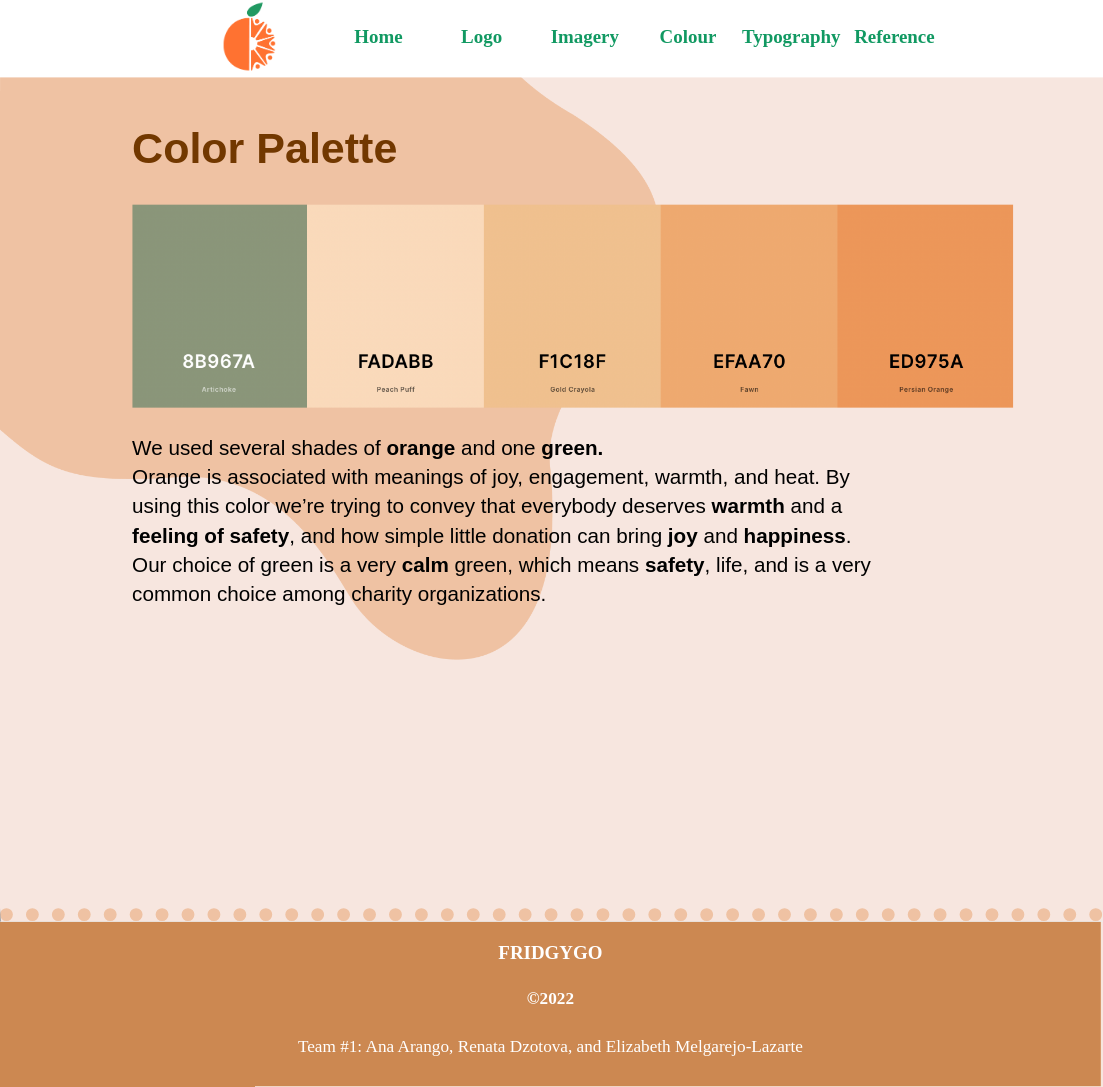
Repository: anagarango/fridgygostyle
Page: http://localhost/colour.php
The author's editor kept a copy of each file at every save. The page is drawn from the files as they stood at one save, then again after the next save.
The browser window is 1280 px wide. The page is 1282 px wide, so the pictures cover 1282 px, including what lies to the right of the window. The pictures show the whole page, at 86% of full size.
Some web fonts or font styles are not loaded; a fallback is used. The page is run by PHP 8.4 with error messages shown; the project is at /var/www/html/.

Above is the page before, as saved 2022-03-22 23:04:52.

After the next save:
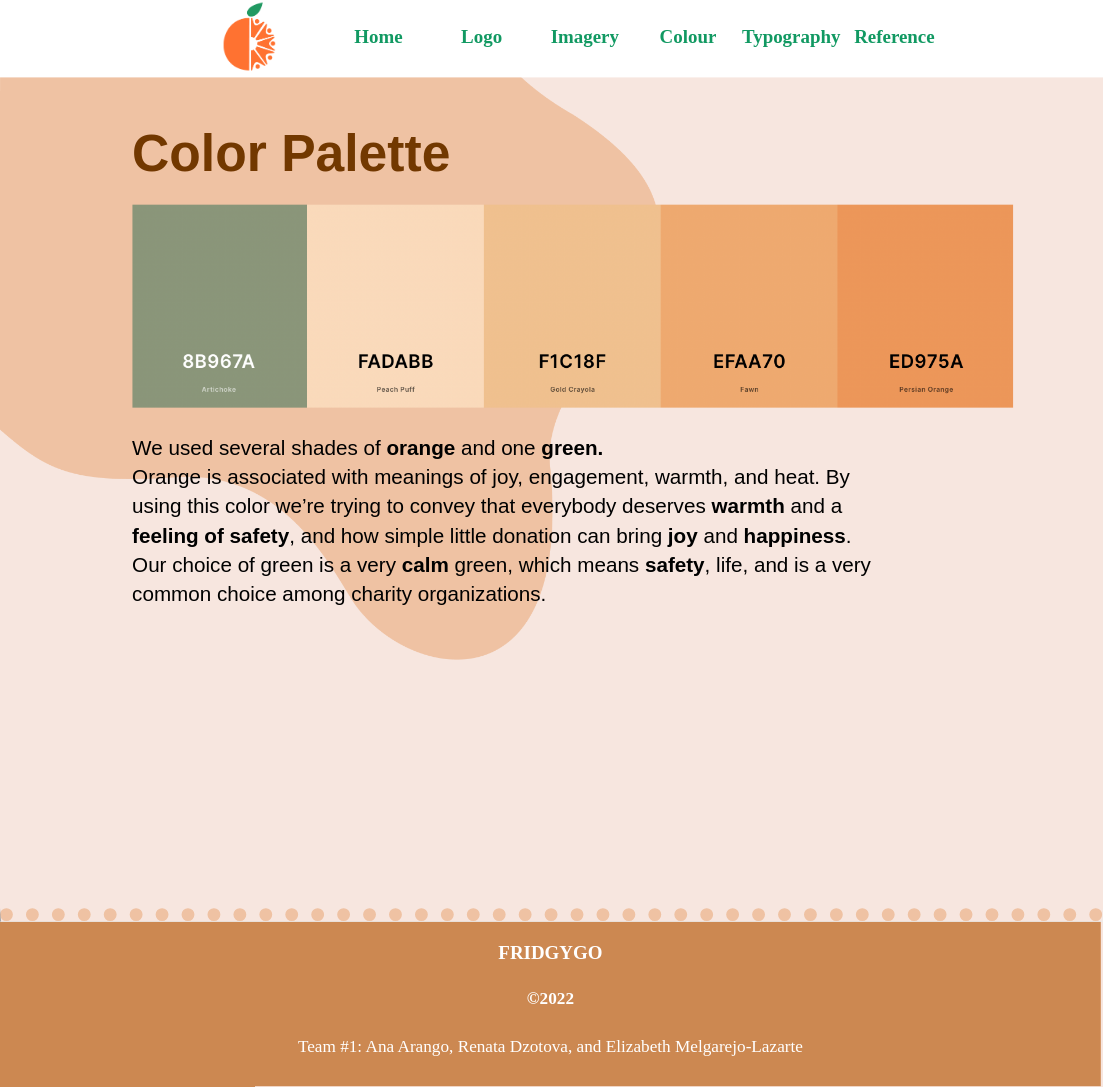
Saved 18 s later.
--- a/colour.php
+++ b/colour.php
@@ -17,10 +17,10 @@
             left: 12%;
         }
         .text{
-            font-size: 50px;
+            font-size: 60px;
             color: #723800;
             font-weight: bold;
-            width: 400px;
+            width: 600px;
             position: absolute;
             top: 20%;
             left: 12%;
